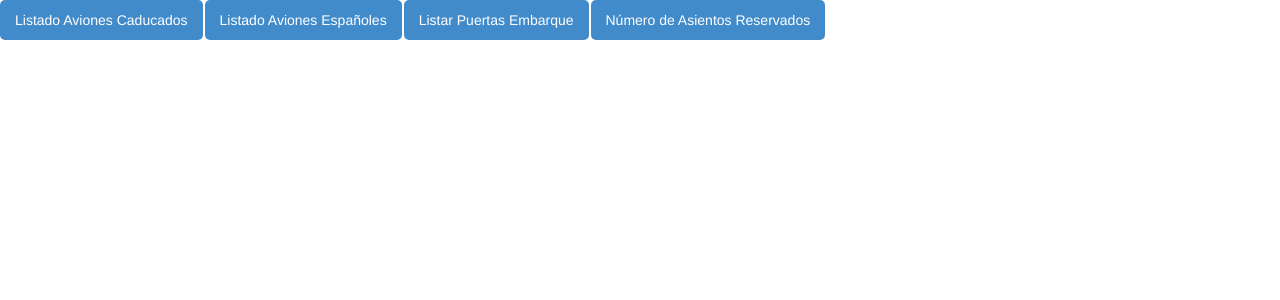
Repository: asbag/gestionaena
Page: http://localhost/gestionaena/
These files come from the project's save history. The page is drawn as it stood at one moment and after the next save; the edit follows.
The browser window is 1280 px wide. The pictures show the whole page.
The page is served by Tomcat 9.

Above is the page before, as saved 2015-04-14 18:50:49.

After the next save:
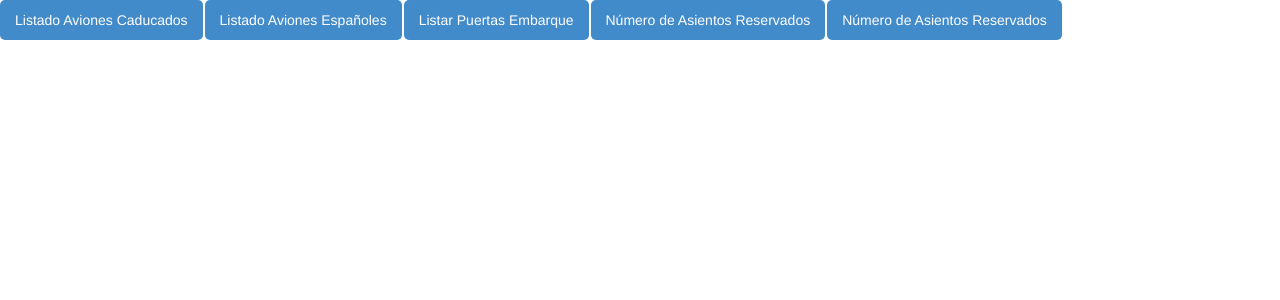
Saved 24 s later.
--- a/gestionaena/src/main/webapp/index.jsp
+++ b/gestionaena/src/main/webapp/index.jsp
@@ -29,6 +29,9 @@
 		<li class="active"><a
 			href="${pageContext.request.contextPath}/avion/num_asientos">N&uacute;mero
 				de Asientos Reservados</a></li>
+		<li class="active"><a
+			href="${pageContext.request.contextPath}/avion/num_asientos">N&uacute;mero
+				de Asientos Reservados</a></li>
 	</ul>
 
 	<!-- Librería jQuery requerida por los plugins de JavaScript -->
